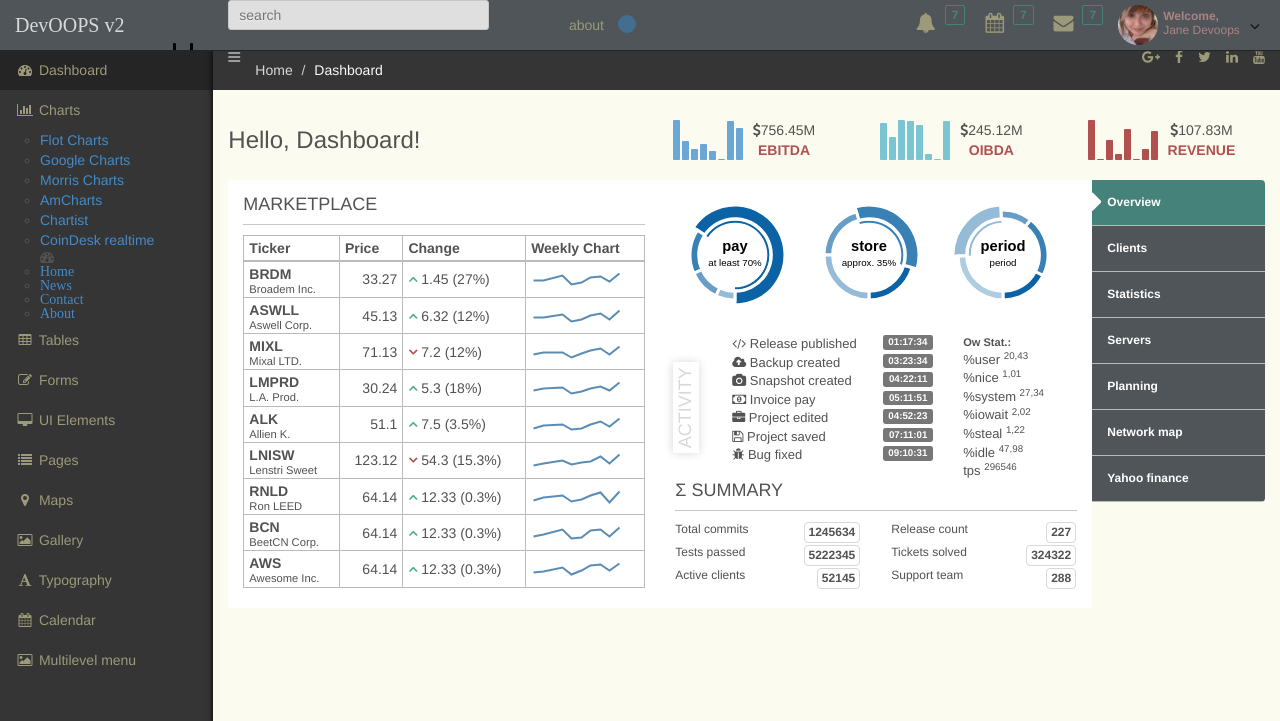
Repository: HackathonNicaragua/sixbyte
Page: http://localhost/RIMB/index.jsp
These files come from the project's save history. The page is drawn as it stood at one moment and after a run of saves; the edit follows.
The browser window is 1280 px wide. The pictures show the whole page.
Some web fonts or font styles are not loaded; a fallback is used. Some web libraries are served in a nearby version. The page is served by Tomcat 9. Other server files are loaded and not shown.

Above is the page before, as saved 2017-11-25 21:07:42.

### RIMB/WebContent/index.jsp
<%@ page language="java" contentType="text/html; charset=ISO-8859-1"
    pageEncoding="ISO-8859-1"%>
<!DOCTYPE html PUBLIC "-//W3C//DTD HTML 4.01 Transitional//EN" "http://www.w3.org/TR/html4/loose.dtd">
<html lang="es">
	<head>
		<meta charset="utf-8">
		<title>DevOOPS v2</title>
		<meta name="description" content="description">
		<meta name="author" content="DevOOPS">
		<meta name="viewport" content="width=device-width, initial-scale=1">
		<link href="plugins/bootstrap/bootstrap.css" rel="stylesheet">
		<link href="plugins/jquery-ui/jquery-ui.min.css" rel="stylesheet">
		<link href="http://maxcdn.bootstrapcdn.com/font-awesome/4.2.0/css/font-awesome.min.css" rel="stylesheet">
		<link href='http://fonts.googleapis.com/css?family=Righteous' rel='stylesheet' type='text/css'>
		<link href="plugins/fancybox/jquery.fancybox.css" rel="stylesheet">
		<link href="plugins/fullcalendar/fullcalendar.css" rel="stylesheet">
		<link href="plugins/xcharts/xcharts.min.css" rel="stylesheet">
		<link href="plugins/select2/select2.css" rel="stylesheet">
		<link href="plugins/justified-gallery/justifiedGallery.css" rel="stylesheet">
		<link href="css/style_v2.css" rel="stylesheet">
		<link href="plugins/chartist/chartist.min.css" rel="stylesheet">
		<!-- HTML5 shim and Respond.js IE8 support of HTML5 elements and media queries -->
		<!--[if lt IE 9]>
				<script src="http://getbootstrap.com/docs-assets/js/html5shiv.js"></script>
				<script src="http://getbootstrap.com/docs-assets/js/respond.min.js"></script>
		<![endif]-->
	</head>
<body>
<!--Start Header-->
<div id="screensaver">
	<canvas id="canvas"></canvas>
	<i class="fa fa-lock" id="screen_unlock"></i>
</div>
<div id="modalbox">
	<div class="devoops-modal">
		<div class="devoops-modal-header">
			<div class="modal-header-name">
				<span>Basic table</span>
			</div>
			<div class="box-icons">
				<a class="close-link">
					<i class="fa fa-times"></i>
				</a>
			</div>
		</div>
		<div class="devoops-modal-inner">
		</div>
		<div class="devoops-modal-bottom">
		</div>
	</div>
</div>
<header class="navbar">
	<div class="container-fluid expanded-panel">
		<div class="row">
			<div id="logo" class="col-xs-12 col-sm-2">
				<a href="index.html">DevOOPS v2</a>
			</div>
			<div id="top-panel" class="col-xs-12 col-sm-10">
				<div class="row">
					<div class="col-xs-8 col-sm-4">
						<div id="search">
							<input type="text" placeholder="search"/>
							<i class="fa fa-search"></i>
						</div>
					</div>
					<div class="col-xs-4 col-sm-8 top-panel-right">
						<a href="#" class="about">about</a>
						<a href="index_v1.html" class="style1"></a>
						<ul class="nav navbar-nav pull-right panel-menu">
							<li class="hidden-xs">
								<a href="index.html" class="modal-link">
									<i class="fa fa-bell"></i>
									<span class="badge">7</span>
								</a>
							</li>
							<li class="hidden-xs">
								<a class="ajax-link" href="ajax/calendar.html">
									<i class="fa fa-calendar"></i>
									<span class="badge">7</span>
								</a>
							</li>
							<li class="hidden-xs">
								<a href="ajax/page_messages.html" class="ajax-link">
									<i class="fa fa-envelope"></i>
									<span class="badge">7</span>
								</a>
							</li>
							<li class="dropdown">
								<a href="#" class="dropdown-toggle account" data-toggle="dropdown">
									<div class="avatar">
										<img src="img/avatar.jpg" class="img-circle" alt="avatar" />
									</div>
									<i class="fa fa-angle-down pull-right"></i>
									<div class="user-mini pull-right">
										<span class="welcome">Welcome,</span>
										<span>Jane Devoops</span>
									</div>
								</a>
								<ul class="dropdown-menu">
									<li>
										<a href="#">
											<i class="fa fa-user"></i>
											<span>Profile</span>
										</a>
									</li>
									<li>
										<a href="ajax/page_messages.html" class="ajax-link">
											<i class="fa fa-envelope"></i>
											<span>Messages</span>
										</a>
									</li>
									<li>
										<a href="ajax/gallery_simple.html" class="ajax-link">
											<i class="fa fa-picture-o"></i>
											<span>Albums</span>
										</a>
									</li>
									<li>
										<a href="ajax/calendar.html" class="ajax-link">
											<i class="fa fa-tasks"></i>
											<span>Tasks</span>
										</a>
									</li>
									<li>
										<a href="#">
											<i class="fa fa-cog"></i>
											<span>Settings</span>
										</a>
									</li>
									<li>
										<a href="#">
											<i class="fa fa-power-off"></i>
											<span>Logout</span>
										</a>
									</li>
								</ul>
							</li>
						</ul>
					</div>
				</div>
			</div>
		</div>
	</div>
</header>
<!--End Header-->
<!--Start Container-->
<div id="main" class="container-fluid">
	<div class="row">
		<div id="sidebar-left" class="col-xs-2 col-sm-2">
			<ul class="nav main-menu">
				<li>
					<a href="ajax/dashboard.html" class="ajax-link">
						<i class="fa fa-dashboard"></i>
						<span class="hidden-xs">Dashboard</span>
					</a>
				</li>
				<li class="dropdown">
					<a href="#" class="dropdown-toggle">
						<i class="fa fa-bar-chart-o"></i>
						<span class="hidden-xs">Charts</span>
					</a>
					<ul>
						<li class="dropdown-menu"><a class="ajax-link" href="ajax/charts_xcharts.html">xCharts</a></li>
						<li><a class="ajax-link" href="ajax/charts_flot.html">Flot Charts</a></li>
						<li><a class="ajax-link" href="ajax/charts_google.html">Google Charts</a></li>
						<li><a class="ajax-link" href="ajax/charts_morris.html">Morris Charts</a></li>
						<li><a class="ajax-link" href="ajax/charts_amcharts.html">AmCharts</a></li>
						<li><a class="ajax-link" href="ajax/charts_chartist.html">Chartist</a></li>
						<li><a class="ajax-link" href="ajax/charts_coindesk.html">CoinDesk realtime</a></li>
					</ul>
				</li>
				<ul class="fa fa-dashboard">
  				<li><a href="ajax/tables_simple.html">Home</a></li>
 				<li><a href="ajax/tables_simple.html">News</a></li>
  				<li><a href="ajax/tables_simple.html">Contact</a></li>
 				<li><a  href="ajax/tables_simple.html">About</a></li>
				</ul>
				<li class="dropdown">
					<a href="#" class="dropdown-toggle">
						<i class="fa fa-table"></i>
						 <span class="hidden-xs">Tables</span>
					</a>
					<ul class="dropdown-menu">
						<li><a class="ajax-link" href="ajax/tables_simple.html">Simple Tables</a></li>
						<li><a class="ajax-link" href="ajax/tables_datatables.html">Data Tables</a></li>
						<li><a class="ajax-link" href="ajax/tables_beauty.html">Beauty Tables</a></li>
					</ul>
				</li>
				<li class="dropdown">
					<a href="#" class="dropdown-toggle">
						<i class="fa fa-pencil-square-o"></i>
						 <span class="hidden-xs">Forms</span>
					</a>
					<ul class="dropdown-menu">
						<li><a class="ajax-link" href="ajax/forms_elements.html">Elements</a></li>
						<li><a class="ajax-link" href="ajax/forms_layouts.html">Layouts</a></li>
						<li><a class="ajax-link" href="ajax/forms_file_uploader.html">File Uploader</a></li>
					</ul>
				</li>
				<li class="dropdown">
					<a href="#" class="dropdown-toggle">
						<i class="fa fa-desktop"></i>
						 <span class="hidden-xs">UI Elements</span>
					</a>
					<ul class="dropdown-menu">
						<li><a class="ajax-link" href="ajax/ui_grid.html">Grid</a></li>
						<li><a class="ajax-link" href="ajax/ui_buttons.html">Buttons</a></li>
						<li><a class="ajax-link" href="ajax/ui_progressbars.html">Progress Bars</a></li>
						<li><a class="ajax-link" href="ajax/ui_jquery-ui.html">Jquery UI</a></li>
						<li><a class="ajax-link" href="ajax/ui_icons.html">Icons</a></li>
					</ul>
				</li>
				<li class="dropdown">
					<a href="#" class="dropdown-toggle">
						<i class="fa fa-list"></i>
						 <span class="hidden-xs">Pages</span>
					</a>
					<ul class="dropdown-menu">
						<li><a href="ajax/page_login.html">Login</a></li>
						<li><a href="ajax/page_register.html">Register</a></li>
						<li><a id="locked-screen" class="submenu" href="ajax/page_locked.html">Locked Screen</a></li>
						<li><a class="ajax-link" href="ajax/page_contacts.html">Contacts</a></li>
						<li><a class="ajax-link" href="ajax/page_feed.html">Feed</a></li>
						<li><a class="ajax-link add-full" href="ajax/page_messages.html">Messages</a></li>
						<li><a class="ajax-link" href="ajax/page_pricing.html">Pricing</a></li>
						<li><a class="ajax-link" href="ajax/page_product.html">Product</a></li>
						<li><a class="ajax-link" href="ajax/page_invoice.html">Invoice</a></li>
						<li><a class="ajax-link" href="ajax/page_search.html">Search Results</a></li>
						<li><a class="ajax-link" href="ajax/page_404.html">Error 404</a></li>
						<li><a href="ajax/page_500.html">Error 500</a></li>
					</ul>
				</li>
				<li class="dropdown">
					<a href="#" class="dropdown-toggle">
						<i class="fa fa-map-marker"></i>
						<span class="hidden-xs">Maps</span>
					</a>
					<ul class="dropdown-menu">
						<li><a class="ajax-link" href="ajax/maps.html">OpenStreetMap</a></li>
						<li><a class="ajax-link" href="ajax/map_fullscreen.html">Fullscreen map</a></li>
						<li><a class="ajax-link" href="ajax/map_leaflet.html">Leaflet</a></li>
					</ul>
				</li>
				<li class="dropdown">
					<a href="#" class="dropdown-toggle">
						<i class="fa fa-picture-o"></i>
						 <span class="hidden-xs">Gallery</span>
					</a>
					<ul class="dropdown-menu">
						<li><a class="ajax-link" href="ajax/gallery_simple.html">Simple Gallery</a></li>
						<li><a class="ajax-link" href="ajax/gallery_flickr.html">Flickr Gallery</a></li>
					</ul>
				</li>
				<li>
					 <a class="ajax-link" href="ajax/typography.html">
						 <i class="fa fa-font"></i>
						 <span class="hidden-xs">Typography</span>
					</a>
				</li>
				 <li>
					<a class="ajax-link" href="ajax/calendar.html">
						 <i class="fa fa-calendar"></i>
						 <span class="hidden-xs">Calendar</span>
					</a>
				 </li>
				<li class="dropdown">
					<a href="#" class="dropdown-toggle">
						<i class="fa fa-picture-o"></i>
						 <span class="hidden-xs">Multilevel menu</span>
					</a>
					<ul class="dropdown-menu">
						<li><a href="#">First level menu</a></li>
						<li><a href="#">First level menu</a></li>
						<li class="dropdown">
							<a href="#" class="dropdown-toggle">
								<i class="fa fa-plus-square"></i>
								<span class="hidden-xs">Second level menu group</span>
							</a>
							<ul class="dropdown-menu">
								<li><a href="#">Second level menu</a></li>
								<li><a href="#">Second level menu</a></li>
								<li class="dropdown">
									<a href="#" class="dropdown-toggle">
										<i class="fa fa-plus-square"></i>
										<span class="hidden-xs">Three level menu group</span>
									</a>
									<ul class="dropdown-menu">
										<li><a href="#">Three level menu</a></li>
										<li><a href="#">Three level menu</a></li>
										<li class="dropdown">
											<a href="#" class="dropdown-toggle">
												<i class="fa fa-plus-square"></i>
												<span class="hidden-xs">Four level menu group</span>
											</a>
											<ul class="dropdown-menu">
												<li><a href="#">Four level menu</a></li>
												<li><a href="#">Four level menu</a></li>
												<li class="dropdown">
													<a href="#" class="dropdown-toggle">
														<i class="fa fa-plus-square"></i>
														<span class="hidden-xs">Five level menu group</span>
													</a>
													<ul class="dropdown-menu">
														<li><a href="#">Five level menu</a></li>
														<li><a href="#">Five level menu</a></li>
														<li class="dropdown">
															<a href="#" class="dropdown-toggle">
																<i class="fa fa-plus-square"></i>
																<span class="hidden-xs">Six level menu group</span>
															</a>
															<ul class="dropdown-menu">
																<li><a href="#">Six level menu</a></li>
																<li><a href="#">Six level menu</a></li>
															</ul>
														</li>
													</ul>
												</li>
											</ul>
										</li>
										<li><a href="#">Three level menu</a></li>
									</ul>
								</li>
							</ul>
						</li>
					</ul>
				</li>
			</ul>
		</div>
		<!--Start Content-->
		<div id="content" class="col-xs-12 col-sm-10">
			<div id="about">
				<div class="about-inner">
					<h4 class="page-header">Open-source admin theme for you</h4>
					<p>DevOOPS team</p>
					<p>Homepage - <a href="http://devoops.me" target="_blank">http://devoops.me</a></p>
					<p>Email - <a href="mailto:devoopsme@gmail.com">devoopsme@gmail.com</a></p>
					<p>Twitter - <a href="http://twitter.com/devoopsme" target="_blank">http://twitter.com/devoopsme</a></p>
					<p>Donate - BTC 123Ci1ZFK5V7gyLsyVU36yPNWSB5TDqKn3</p>
				</div>
			</div>
			<div class="preloader">
				<img src="img/devoops_getdata.gif" class="devoops-getdata" alt="preloader"/>
			</div>
			<div id="ajax-content"></div>
		</div>
		<!--End Content-->
	</div>
</div>
<!--End Container-->
<!-- jQuery (necessary for Bootstrap's JavaScript plugins) -->
<!--<script src="http://code.jquery.com/jquery.js"></script>-->
<script src="plugins/jquery/jquery.min.js"></script>
<script src="plugins/jquery-ui/jquery-ui.min.js"></script>
<!-- Include all compiled plugins (below), or include individual files as needed -->
<script src="plugins/bootstrap/bootstrap.min.js"></script>
<script src="plugins/justified-gallery/jquery.justifiedGallery.min.js"></script>
<script src="plugins/tinymce/tinymce.min.js"></script>
<script src="plugins/tinymce/jquery.tinymce.min.js"></script>
<!-- All functions for this theme + document.ready processing -->
<script src="js/devoops.js"></script>
</body>
</html>

Loaded but not shown: RIMB/WebContent/plugins/bootstrap/bootstrap.css (library); RIMB/WebContent/plugins/jquery-ui/jquery-ui.min.css (library); RIMB/WebContent/plugins/fancybox/jquery.fancybox.css (library); RIMB/WebContent/plugins/fullcalendar/fullcalendar.css (library); RIMB/WebContent/plugins/xcharts/xcharts.min.css (library); RIMB/WebContent/plugins/select2/select2.css (library); RIMB/WebContent/plugins/justified-gallery/justifiedGallery.css (library); RIMB/WebContent/plugins/chartist/chartist.min.css (library); RIMB/WebContent/plugins/jquery/jquery.min.js (library); RIMB/WebContent/plugins/jquery-ui/jquery-ui.min.js (library); RIMB/WebContent/plugins/bootstrap/bootstrap.min.js (library); RIMB/WebContent/plugins/justified-gallery/jquery.justifiedGallery.min.js (library); RIMB/WebContent/plugins/tinymce/tinymce.min.js (library); RIMB/WebContent/plugins/tinymce/jquery.tinymce.min.js (library); RIMB/WebContent/plugins/jQuery-Knob/jquery.knob.js (library); RIMB/WebContent/plugins/sparkline/jquery.sparkline.min.js (library); RIMB/WebContent/plugins/raphael/raphael-min.js (library); RIMB/WebContent/plugins/springy/springy.js (library); RIMB/WebContent/plugins/morris/morris.min.js (library); RIMB/WebContent/plugins/springy/springyui.js (library); RIMB/WebContent/js/devoops.js (3495 lines, source omitted); RIMB/WebContent/css/style_v2.css (2252 lines, source omitted); RIMB/WebContent/ajax/dashboard.html (531 lines, source omitted)

After the next 2 saves:
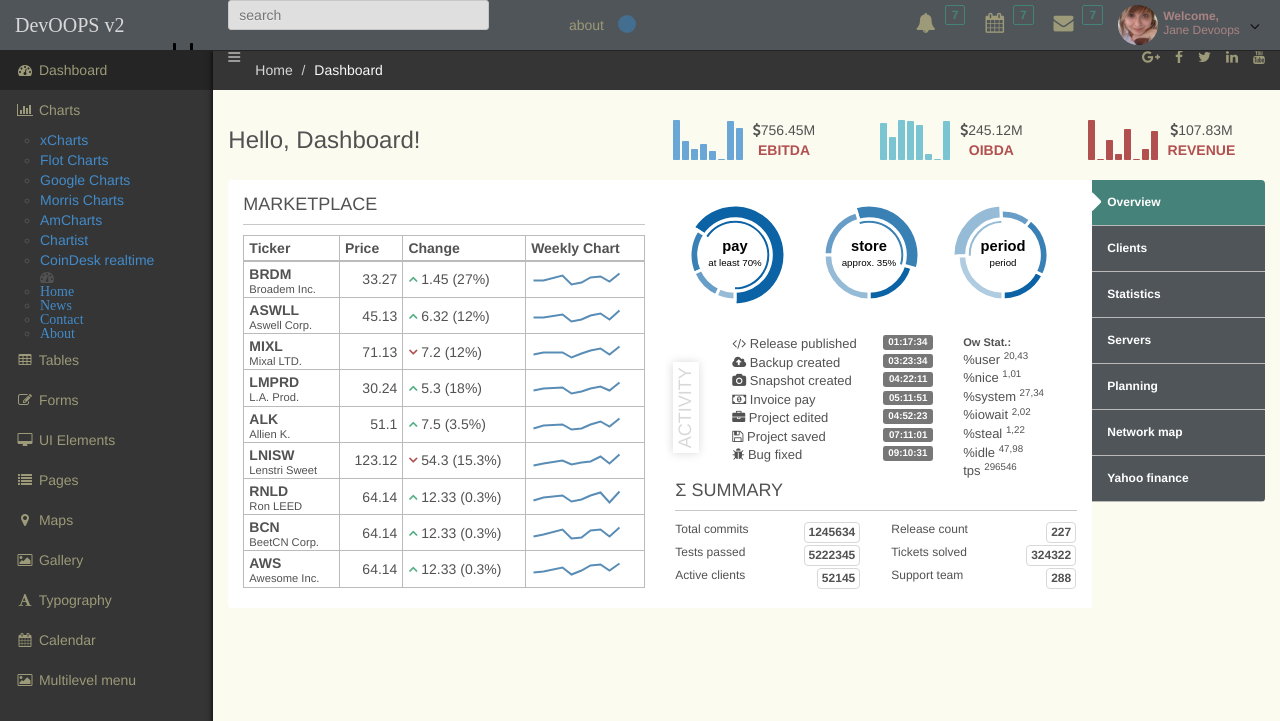
The 2 saves are shown as one change because they came seconds apart.
The last was saved 11 s later.
--- a/RIMB/WebContent/index.jsp
+++ b/RIMB/WebContent/index.jsp
@@ -160,7 +160,7 @@
 						<span class="hidden-xs">Charts</span>
 					</a>
 					<ul>
-						<li class="dropdown-menu"><a class="ajax-link" href="ajax/charts_xcharts.html">xCharts</a></li>
+						<li><a class="ajax-link" href="ajax/charts_xcharts.html">xCharts</a></li>
 						<li><a class="ajax-link" href="ajax/charts_flot.html">Flot Charts</a></li>
 						<li><a class="ajax-link" href="ajax/charts_google.html">Google Charts</a></li>
 						<li><a class="ajax-link" href="ajax/charts_morris.html">Morris Charts</a></li>
